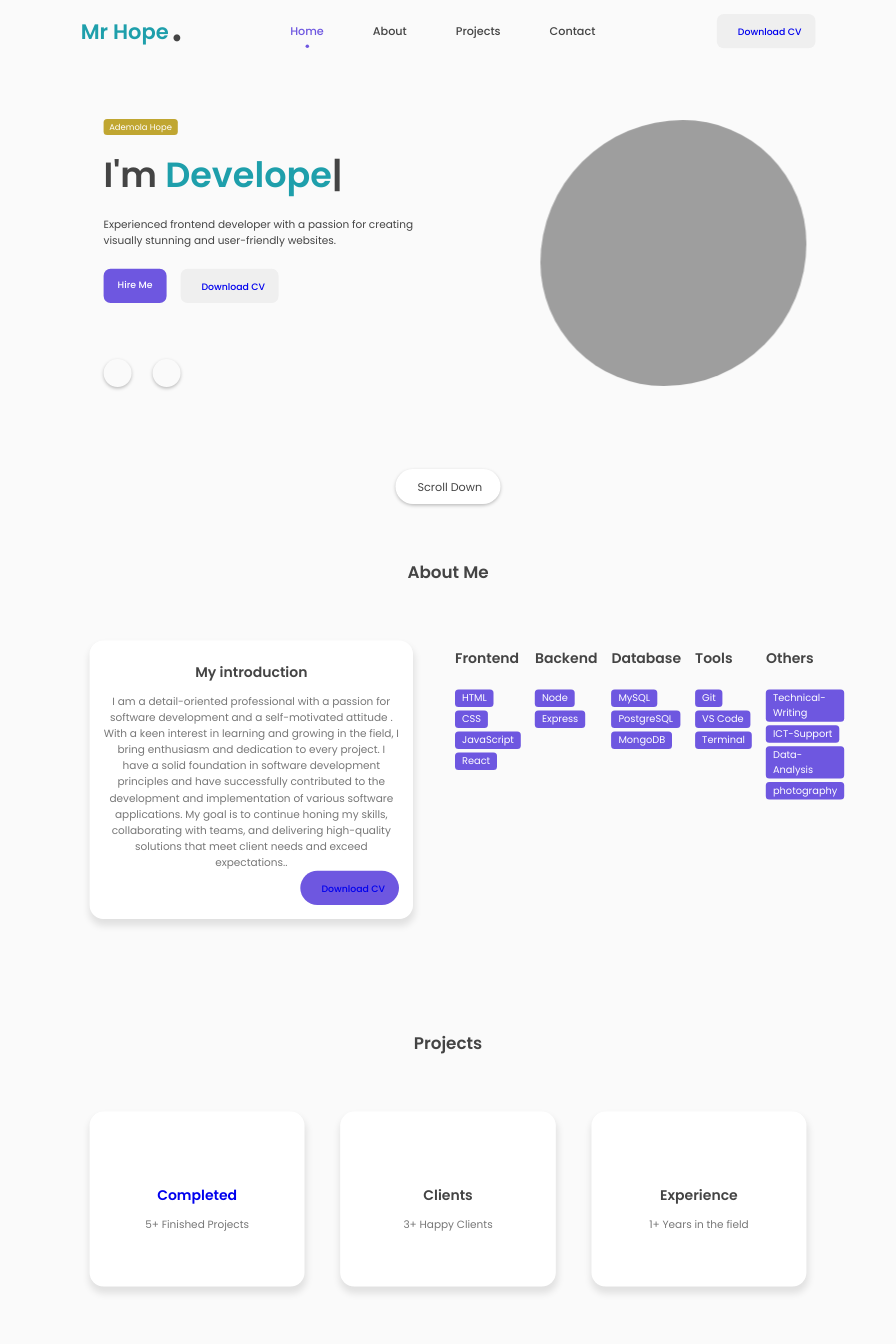
Repository: adehope1/My_Portfoilo
Page: index.html
These files come from the project's save history. The page is drawn as it stood at one moment and after the next save; the edit follows.
The browser window is 1280 px wide. The pictures show the part of the page from y = 0 to 1920 px (the page is 2928 px tall), at 70% of full size.
Pictures or frames that could not be fetched are drawn as grey boxes. Some icons come from a web library that is not loaded, so they are not drawn.

Above is the page before, as saved 2024-09-02 07:06:42.
Not found: assets/css/style.css

### index.html
<!DOCTYPE html>
<html lang="en">
<head>
    <meta charset="UTF-8">
    <meta name="viewport" content="width=device-width, initial-scale=1.0">

    <!-- --------- UNICONS ---------- -->
    <link rel="stylesheet" href="https://unicons.iconscout.com/release/v4.0.8/css/line.css">

    <!-- --------- CSS ---------- -->
    <link rel="stylesheet" href="assets/css/style.css">

    <!-- --------- FAVICON ---------- -->
    <link rel="shortcut icon" href="assets/images/favicon.png" type="image/x-icon">
    <link rel="stylesheet" href="./index.css">

    <title>Portfolio</title>
</head>
<body>
   <div class="container">
    <!-- --------------- HEADER --------------- -->
      <nav id="header">
        <div class="nav-logo">
            <p class="nav-name">Mr Hope</p>
            <span>.</span>
        </div>
        <div class="nav-menu" id="myNavMenu">
            <ul class="nav_menu_list">
                <li class="nav_list">
                    <a href="#home" class="nav-link active-link">Home</a>
                    <div class="circle"></div>
                </li>
                <li class="nav_list">
                    <a href="#about" class="nav-link">About</a>
                    <div class="circle"></div>
                </li>
                <li class="nav_list">
                    <a href="#projects" class="nav-link">Projects</a>
                    <div class="circle"></div>
                </li>
                <li class="nav_list">
                    <a href="#contact" class="nav-link">Contact</a>
                    <div class="circle"></div>
                </li>
            </ul>
        </div>
        <div class="nav-button">
            <button class="btn"><i class="uil uil-file-alt"></i><a href="./assest/documents/tech-cve.pdf" download="tech-cve" style="text-decoration: none;">Download CV</a></button>
        </div>
        <div class="nav-menu-btn">
            <i class="uil uil-bars" onclick="myMenuFunction()"></i>
        </div>
      </nav>


    <!-- -------------- MAIN ---------------- -->
    <main class="wrapper">
       <!-- -------------- FEATURED BOX ---------------- -->
       <section class="featured-box" id="home">
          <div class="featured-text">
            <div class="featured-text-card">
                <span>Ademola Hope</span>
            </div>
            <div class="featured-name">
                <p>I'm <span class="typedText">Developer</span></p>
            </div>
            <div class="featured-text-info">
                <p>Experienced frontend developer with a passion for creating visually stunning
                   and user-friendly websites.
                </p>
            </div>
            <div class="featured-text-btn">
                <button class="btn blue-btn">Hire Me</button>
                <button class="btn"><i class="uil uil-file-alt"></i><a href="./assest/documents/tech-cve.pdf" download="tech-cve" style="text-decoration: none;">Download CV</a></button>
            </div>
            <div class="social_icons">
                <div class="icon"><a href="http://linkedin.com/adehope2021" target="_blank" rel="noopener noreferrer"></a><i class="uil uil-linkedin-alt"></i></div>
                <div class="icon"><a href="https://github.com/adehope1" target="_blank"></a><i class="uil uil-github-alt"></i></div>
            </div>
          </div>
          <div class="featured-image">
            <div class="image">
                <img src="./assest/image/Mr Hope.jpg" alt="avatar">
            </div>
          </div>
          <div class="scroll-icon-box">
            <a href="#about" class="scroll-btn">
                <i class="uil uil-mouse-alt"></i>
                <p>Scroll Down</p>
            </a>
          </div>

       </section>
       <!-- -------------- ABOUT BOX ---------------- -->
       <section class="section" id="about">
          <div class="top-header">
            <h1>About Me</h1>
          </div>
          <div class="row">
            <div class="col">
                <div class="about-info">
                    <h3>My introduction</h3>
                    <p>I am a detail-oriented professional with a passion for software development and a self-motivated attitude . With a keen interest in learning and growing in the field, I bring enthusiasm and dedication to every project. I have a solid foundation in software development principles and have successfully contributed to the development and implementation of various software applications. My goal is to continue honing my skills, collaborating with teams, and delivering high-quality solutions that meet client needs and exceed expectations..
                    </p>
                    <div class="about-btn">
                        <button class="btn"><i class="uil uil-import"></i><a href="./assest/documents/tech-cve.pdf" download="tech-cve" style="text-decoration: none;">Download CV</a></button>
                    </div>
                </div>
            </div>
            <div class="col">
                <div class="skills-box">
                    <div class="skills-header">
                        <h3>Frontend</h3>
                    </div>
                    <div class="skills-list">
                        <span>HTML</span>
                        <span>CSS</span>
                        <span>JavaScript</span>
                        <span>React</span>
                    </div>
                </div>
                <div class="skills-box">
                    <div class="skills-header">
                        <h3>Backend</h3>
                    </div>
                    <div class="skills-list">
                        <span>Node</span>
                        <span>Express</span>
                    </div>
                </div>
                <div class="skills-box">
                    <div class="skills-header">
                        <h3>Database</h3>
                    </div>
                    <div class="skills-list">
                        <span>MySQL</span>
                        <span>PostgreSQL</span>
                        <span>MongoDB</span>
                    </div>
                </div>
                <div class="skills-box">
                    <div class="skills-header">
                        <h3>Tools</h3>
                    </div>
                    <div class="skills-list">
                        <span>Git</span>
                        <span>VS Code</span>
                        <span>Terminal</span>
                    </div>
                </div>
                <div class="skills-box">
                    <div class="skills-header">
                        <h3>Others</h3>
                    </div>
                    <div class="skills-list">
                        <span>Technical-Writing</span>
                        <span>ICT-Support</span>
                        <span>Data-Analysis</span>
                        <span>photography</span>
                    </div>

                </div>
            </div>
          </div>
       </section>

       <!-- -------------- PROJECT BOX ---------------- -->

       <section class="section" id="projects">
          <div class="top-header">
              <h1>Projects</h1>
          </div>
          <div class="project-container">
            <div class="project-box">
                <i class="uil uil-briefcase-alt"></i>
                <h3><a href="./assest/index2.html" target="_blank" style="text-decoration: none;">Completed</a></h3>
                <label>5+ Finished Projects</label>
            </div>
            <div class="project-box">
                <i class="uil uil-users-alt"></i>
                <h3>Clients</h3>
                <label>3+ Happy Clients</label>
            </div>
            <div class="project-box">
                <i class="uil uil-award"></i>
                <h3>Experience</h3>
                <label>1+ Years in the field</label>
            </div>
          </div>
       </section>

       <!-- -------------- CONTACT BOX ---------------- -->

       <section class="section" id="contact">
          <div class="top-header">
            <h1>Get in touch</h1>
            <span>Do you have a project in your mind, contact me here</span>
          </div>
          <div class="row">
             <div class="col">
                <div class="contact-info">
                    <h2>Find Me <i class="uil uil-corner-right-down"></i></h2>
                    <p><i class="uil uil-envelope"></i> Email: adeoyeademola@gmail.com</p>
                    <p><i class="uil uil-phone"></i> Tel: +2347065714450</p>
                </div>
             </div>
             <div class="col">
                <div class="form-control">
                    <div class="form-inputs">
                        <input type="text" class="input-field" placeholder="Name">
                        <input type="text" class="input-field" placeholder="Email">
                    </div>
                    <div class="text-area">
                        <textarea placeholder="Message"></textarea>
                    </div>
                    <div class="form-button">
                        <button class="btn">Send <a href="http://mail.google.com" target="_blank" rel="noopener noreferrer"></a><i class="uil uil-message"></i></button>
                    </div>
                </div>
             </div>
          </div>
       </section>

    </main>


    <!-- --------------- FOOTER --------------- -->
    <footer>
        <div class="top-footer">
            <p>Ademola Hope .</p>
        </div>
        <div class="middle-footer">
            <ul class="footer-menu">
                <li class="footer_menu_list">
                    <a href="#home">Home</a>
                </li>
                <li class="footer_menu_list">
                    <a href="#about">About</a>
                </li>
                <li class="footer_menu_list">
                    <a href="#projects">Projects</a>
                </li>
                <li class="footer_menu_list">
                    <a href="#contact">Contact</a>
                </li>
            </ul>
        </div>
        <div class="footer-social-icons">
            <div class="icon"><a href="https://linkedin.come/adehope2021" target="_blank"></a><i class="uil uil-linkedin-alt"></i></div>
            <div class="icon"><a href="https://github.com/adehope1/" target="_blank"><i class="uil uil-github-alt" ></i></a></div>
        </div>
        <div class="bottom-footer">
            <p>Copyright &copy; <a href="#home" style="text-decoration: none;">Ademola Hope</a> - All rights reserved</p>
        </div>
    </footer>

    </div>




    <!-- ----- TYPING JS Link ----- -->
     <script src="https://unpkg.com/typed.js@2.0.16/dist/typed.umd.js"></script>

       <!-- ----- SCROLL REVEAL JS Link----- -->
    <script src="https://unpkg.com/scrollreveal"></script>

    <!-- ----- MAIN JS ----- -->
    <script src="./index.js"></script>
</body>
</html>

Loaded but not shown: index.js (117 lines, source omitted); index.css (638 lines, source omitted)

After the next save:
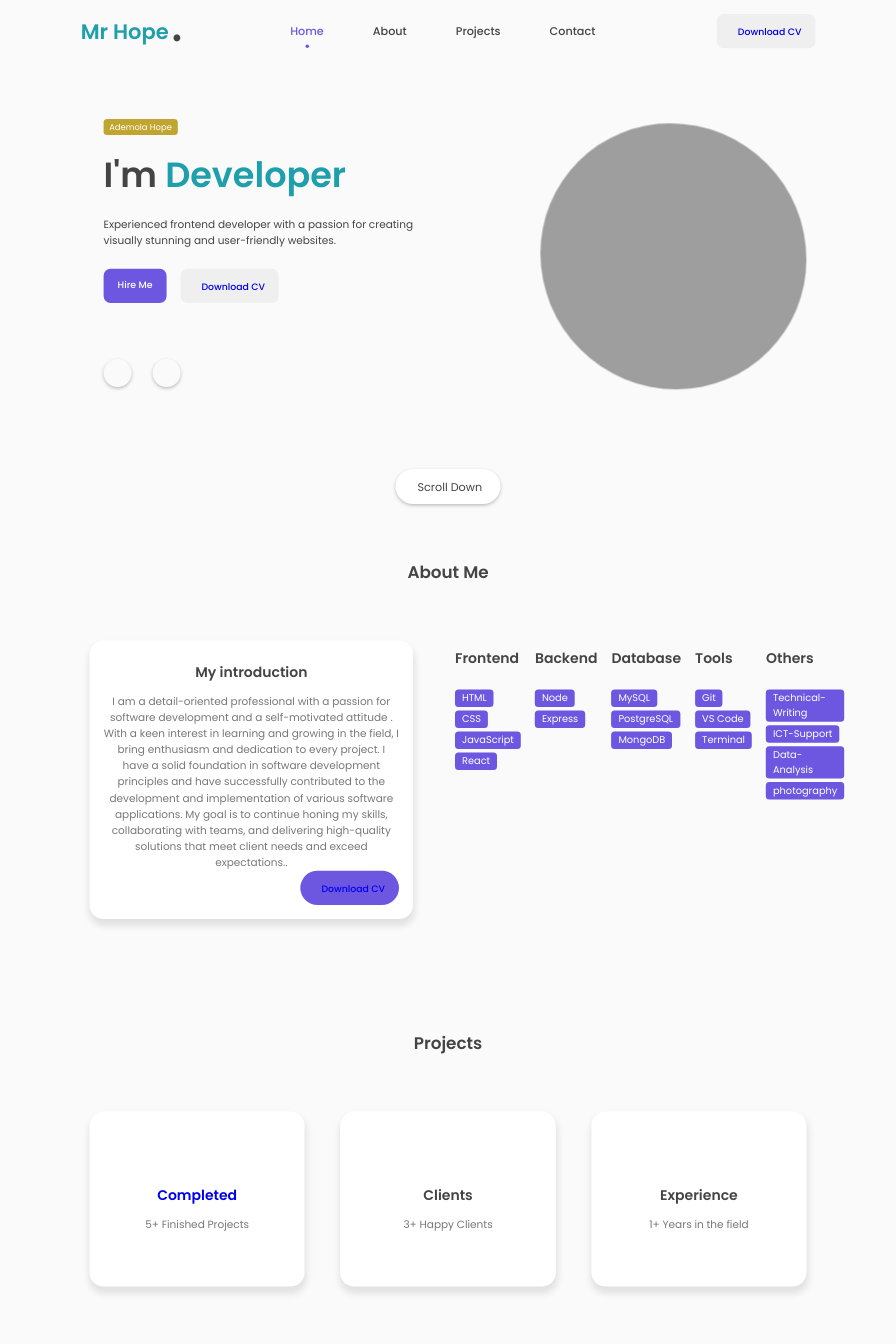
Not found: inde
Saved 7 h 35 min later.
--- a/index.html
+++ b/index.html
@@ -266,6 +266,6 @@
     <script src="https://unpkg.com/scrollreveal"></script>
 
     <!-- ----- MAIN JS ----- -->
-    <script src="./index.js"></script>
+    <script src="./inde"></script>
 </body>
 </html>

After the 4 saves that followed:
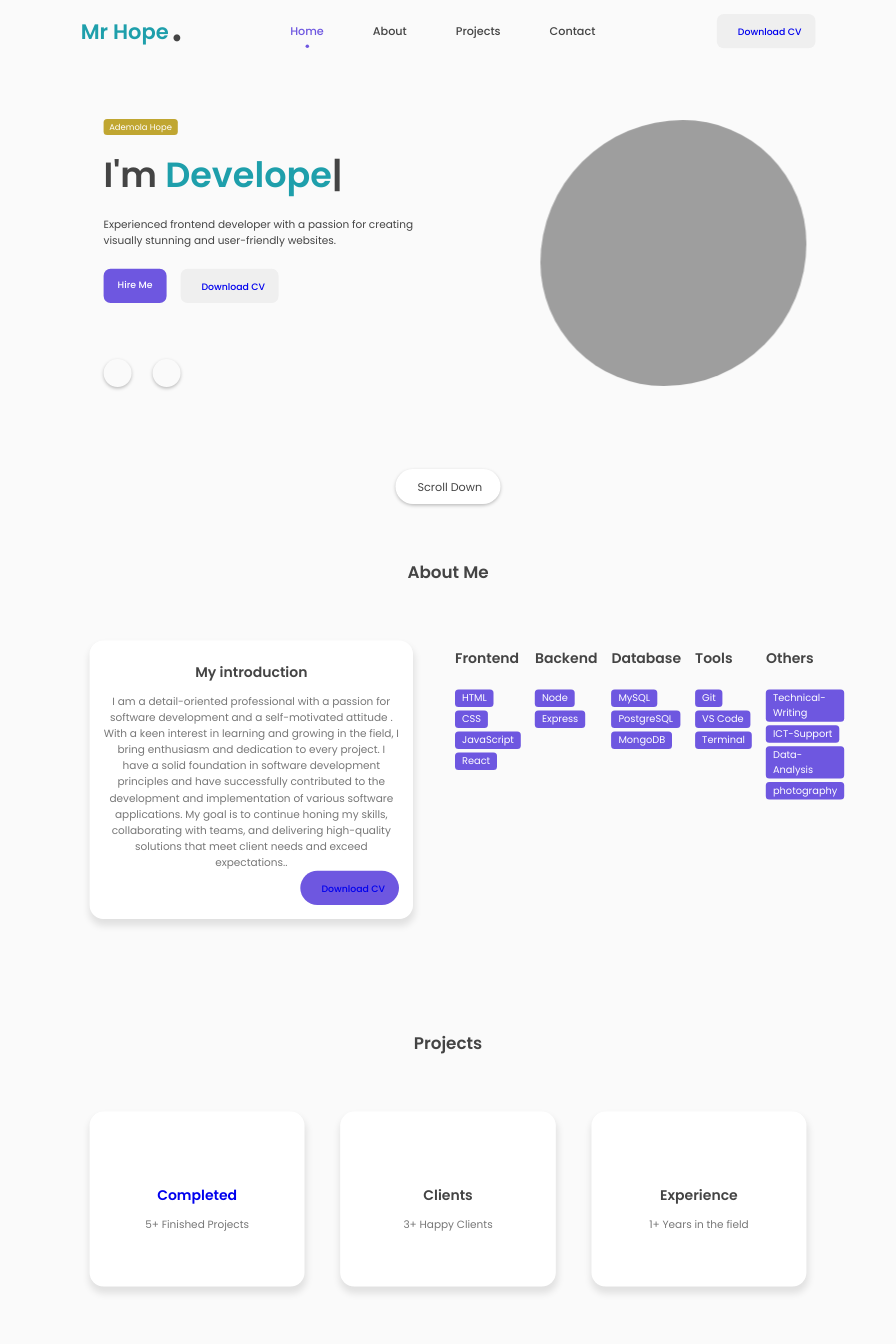
The 4 saves are shown as one change because they came seconds apart.
The last was saved 12 s later.
--- a/index.html
+++ b/index.html
@@ -266,6 +266,6 @@
     <script src="https://unpkg.com/scrollreveal"></script>
 
     <!-- ----- MAIN JS ----- -->
-    <script src="./inde"></script>
+    <script src="./index.js"></script>
 </body>
 </html>
